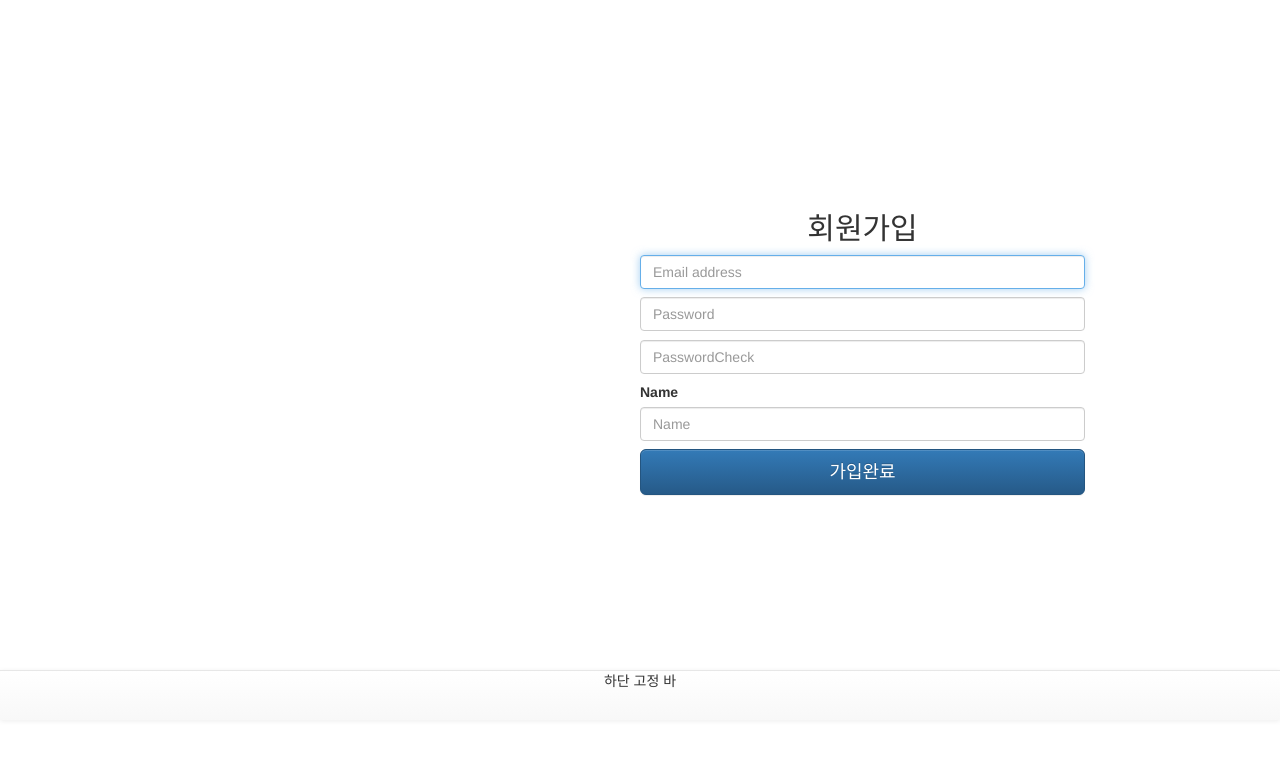
Repository: hrhwbp/Acorn-Final-Project
Page: http://localhost/final_project/index.jsp
The author's editor kept a copy of each file at every save. The page is drawn from the files as they stood at one save, then again after the next save.
The browser window is 1280 px wide. The pictures show the whole page.
Some web libraries are served in a nearby version. The page is served by Tomcat 9. Nobody is signed in. The application's start-up code is not run. Other server files are loaded and not shown.

Above is the page before, as saved 2016-10-26 05:56:46.

### final_project/src/main/webapp/index.jsp
<%@ page language="java" contentType="text/html; charset=UTF-8"
	pageEncoding="UTF-8"%>
<!DOCTYPE html">
<html>
<head>
<meta http-equiv="Content-Type" content="text/html; charset=UTF-8">
<title>REMIND</title>
<!-- 합쳐지고 최소화된 최신 CSS -->
<link rel="stylesheet"
	href="https://maxcdn.bootstrapcdn.com/bootstrap/3.3.2/css/bootstrap.min.css">
<!-- 부가적인 테마 -->
<link rel="stylesheet"
	href="https://maxcdn.bootstrapcdn.com/bootstrap/3.3.2/css/bootstrap-theme.min.css">
<style type="text/css">
.top_pd{
	padding-top: 2%;
}
.bottom_pd{
	padding-bottom: 2%;
}
.main_pd{
	padding-top: 15%;
	padding-bottom: 20%;
}
</style>
<!-- 합쳐지고 최소화된 최신 자바스크립트 -->
<script
	src="https://ajax.googleapis.com/ajax/libs/jquery/3.1.1/jquery.min.js"></script>
<script
	src="https://maxcdn.bootstrapcdn.com/bootstrap/3.3.2/js/bootstrap.min.js"></script>
</head>
<body class="center-block()">
	<div class="container main_pd">
		<div class="container col-md-5 col-md-offset-1"></div>
		<div class="container col-md-5">
		<div class="row col-md-12 hide">
			<form class="form-signin">
				<h2 class="form-signin-heading text-center">로그인</h2>
				<div class="row">
				<label for="inputEmail" class="sr-only">Email address</label>
					<input
					type="email" id="inputEmail" class="form-control"
					placeholder="Email address" required autofocus>
				</div>
				<div class="row top_pd bottom_pd">
					<label
					for="inputPassword" class="sr-only">Password</label>
					<input
					type="password" id="inputPassword" class="form-control"
					placeholder="Password" required>
				</div>

				<button class="btn btn-lg btn-primary btn-block" type="submit">로그인</button>
			</form>
			<button class="btn btn-lg btn-primary btn-block" type="button">회원가입</button>
		</div>
		<div class="row col-md-12">
			<form class="form-signin">
				<h2 class="form-signin-heading text-center">회원가입</h2>
				<div class="row">
				<label for="inputEmail" class="sr-only">Email address</label>
					<input
					type="email" id="inputEmail" class="form-control"
					placeholder="Email address" required autofocus>
				</div>
				<div class="row top_pd">
					<label
					for="inputPassword" class="sr-only">Password</label>
					<input
					type="password" id="inputPassword" class="form-control"
					placeholder="Password" required>
				</div>
				<div class="row top_pd">
					<label
					for="passwordCheck" class="sr-only">PasswordCheck</label>
					<input
					type="password" id="passwordCheck" class="form-control"
					placeholder="PasswordCheck" required>
				</div>
				<div class="row top_pd">
				<label for="inputName">Name</label>
    			<input type="text" class="form-control" id="inputName" placeholder="Name" required>
				</div>
				<div class="row top_pd">
				<button class="btn btn-lg btn-primary btn-block" type="submit">가입완료</button>
				</div>
			</form>

		</div>
		</div>
	</div>
<%@include file="bottom.jsp" %>
</body>
</html>

### final_project/src/main/webapp/bottom.jsp
<%@ page language="java" contentType="text/html; charset=UTF-8"
    pageEncoding="UTF-8"%>
<!DOCTYPE html PUBLIC "-//W3C//DTD HTML 4.01 Transitional//EN" "http://www.w3.org/TR/html4/loose.dtd">
<html>
<head>
<meta http-equiv="Content-Type" content="text/html; charset=UTF-8">
<title>Insert title here</title>
</head>
<body>
<nav class="navbar navbar-default navbar-fixed-bottom">
  <div class="container">
  	<div class="row text-center">
  	 	하단 고정 바
  	</div>
  </div>
</nav>
</body>
</html>

After the next save:
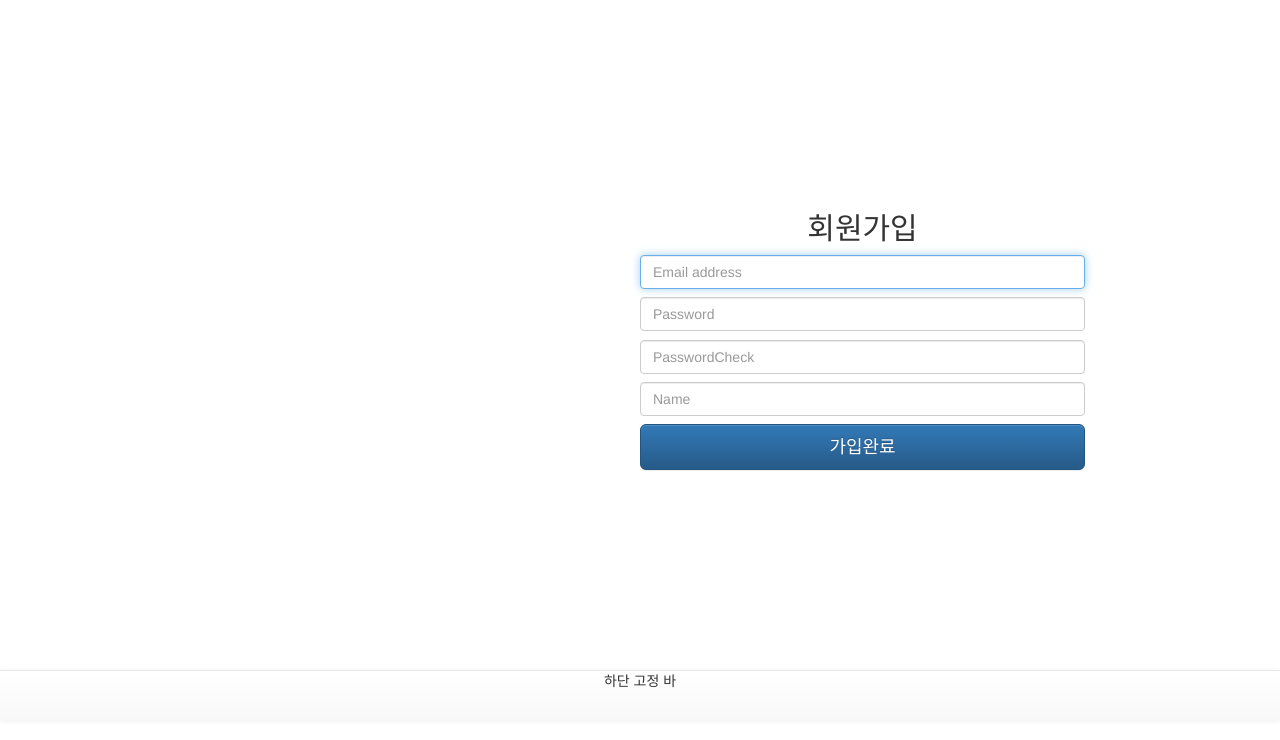
Saved 21 s later.
--- a/final_project/src/main/webapp/index.jsp
+++ b/final_project/src/main/webapp/index.jsp
@@ -78,7 +78,7 @@
 					placeholder="PasswordCheck" required>
 				</div>
 				<div class="row top_pd">
-				<label for="inputName">Name</label>
+				<label for="inputName" class="sr-only">Name</label>
     			<input type="text" class="form-control" id="inputName" placeholder="Name" required>
 				</div>
 				<div class="row top_pd">
